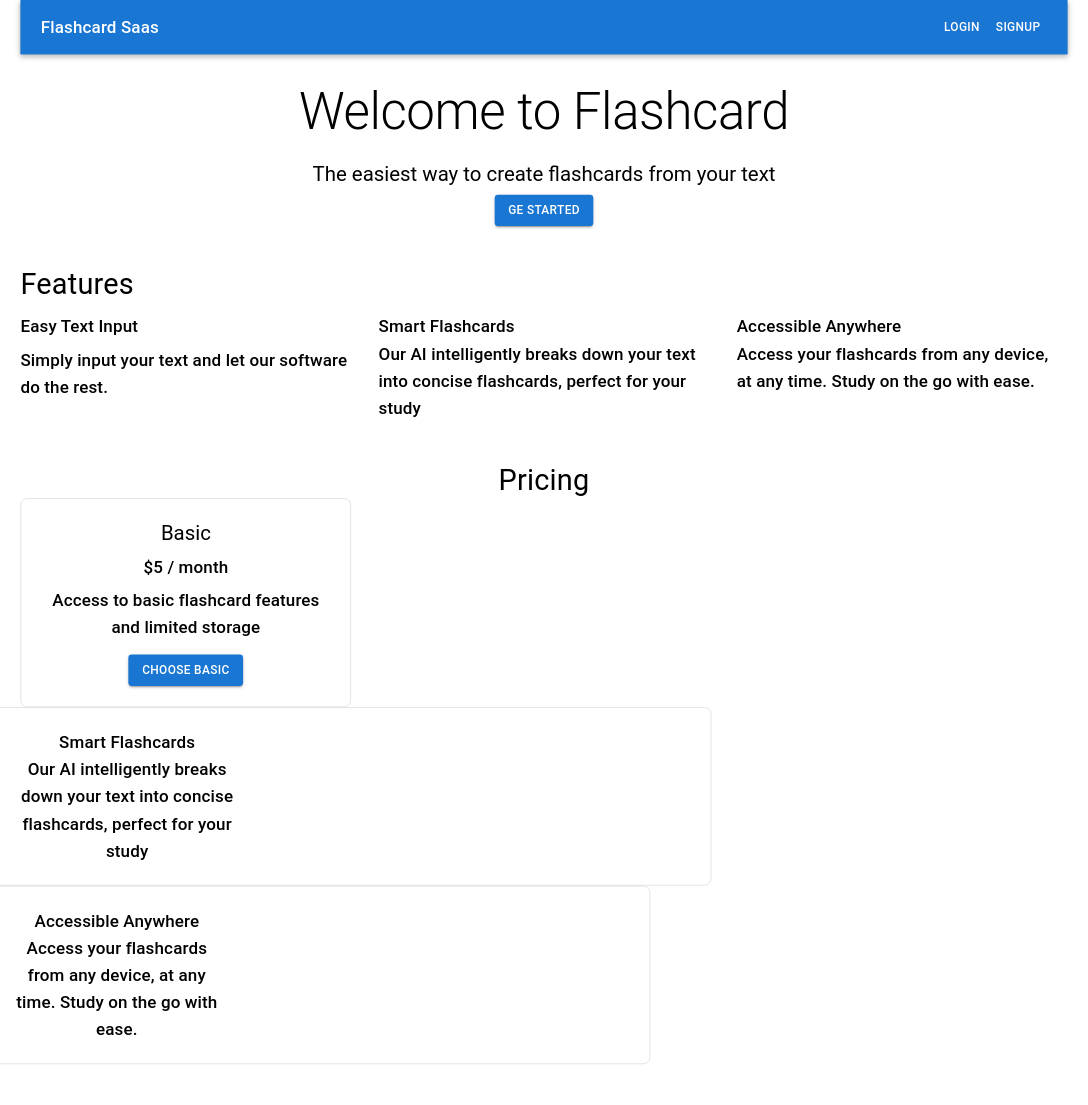
Repository: rakeshpuppala2590/AI-Flashcards-Stripe
Page: /
These files come from the project's save history. The page is drawn as it stood at one moment and after the next save; the edit follows.
The browser window is 1280 px wide. The pictures show the whole page, at 85% of full size.
The page's requests for data from a server got no answer. The project was rebuilt for these pictures with package versions that can differ from the ones it lists, and the page was loaded fresh each time. Some packages were replaced by stand-ins written for this rebuild. The framework's server and built-in components were replaced by stand-ins that run in the browser. No one was signed in, and anything a server would have sent is missing. Also part of the build but not shown: next.config.mjs.

Above is the page before, as saved 2024-08-12 15:12:41.

### src/app/page.js
import getStripe from "../../utils/get-stripe";
import { SignedIn, SignedOut, UserButton } from "@clerk/nextjs";
import Head from "next/head";
import {
  Grid,
  AppBar,
  Button,
  Container,
  Toolbar,
  Typography,
  Box,
} from "@mui/material";

export default function Home() {
  return (
    <Container maxWidth="100vW">
      <Head>
        <title>Flashcard Saas</title>
        <meta
          name="description"
          content="create flashcard from your text"
        ></meta>
      </Head>

      <AppBar position="static">
        <Toolbar>
          <Typography variant="h6" style={{ flexGrow: 1 }}>
            Flashcard Saas
          </Typography>
          <SignedOut>
            <Button color="inherit">Login</Button>
            <Button color="inherit">SignUp</Button>
          </SignedOut>
          <SignedIn>
            <Button>Logout</Button>
          </SignedIn>
        </Toolbar>
      </AppBar>

      <Box
        sx={{
          textAlign: "center",
          my: 4,
        }}
      >
        <Typography variant="h2" gutterBottom>
          Welcome to Flashcard
        </Typography>
        <Typography variant="h5" gutterBottom>
          {" "}
          The easiest way to create flashcards from your text
        </Typography>
        <Button variant="contained" color="primary">
          Ge Started
        </Button>
      </Box>
      <Box sx={{ my: 6 }}>
        <Typography variant="h4" gutterBottom>
          Features
        </Typography>
        <Grid container spacing={4}>
          <Grid item xs={12} md={4}>
            {" "}
            <Typography variant="h6" gutterBottom>
              Easy Text Input
            </Typography>
            <Typography variant="h6"> </Typography>
            <Typography variant="h6">
              Simply input your text and let our software do the rest.
            </Typography>
          </Grid>
          <Grid item xs={12} md={4}>
            {" "}
            <Typography variant="h6">Smart Flashcards</Typography>
            <Typography variant="h6"> </Typography>
            <Typography variant="h6">
              Our AI intelligently breaks down your text into concise
              flashcards, perfect for your study
            </Typography>
          </Grid>
          <Grid item xs={12} md={4}>
            {" "}
            <Typography variant="h6">Accessible Anywhere</Typography>
            <Typography variant="h6"> </Typography>
            <Typography variant="h6">
              Access your flashcards from any device, at any time. Study on the
              go with ease.
            </Typography>
          </Grid>
        </Grid>
      </Box>
      <Box sx={{ my: 6, textAlign: "center" }}>
        <Typography variant="h4">Pricing</Typography>
        <Grid container spacing={4}>
          <Grid item xs={12} md={4}>
            <Box
              sx={{
                p: 3,
                border: "1px solid",
                borderColor: "grey.300",
                borderRadius: 2,
              }}
            >
              <Typography variant="h5" gutterBottom>
                Basic
              </Typography>
              <Typography variant="h6" gutterBottom>
                $5 / month{" "}
              </Typography>
              <Typography variant="h6">
                {" "}
                Access to basic flashcard features and limited storage
              </Typography>
              <Button variant="contained" color="primary" sx={{ mt: 2 }}>
                Choose Basic
              </Button>
            </Box>
          </Grid>
          <Box
            sx={{
              p: 3,
              border: "1px solid",
              borderColor: "grey.300",
              borderRadius: 2,
            }}
          >
            <Grid item xs={12} md={4}>
              {" "}
              <Typography variant="h6">Smart Flashcards</Typography>
              <Typography variant="h6"> </Typography>
              <Typography variant="h6">
                Our AI intelligently breaks down your text into concise
                flashcards, perfect for your study
              </Typography>
            </Grid>
          </Box>
          <Box
            sx={{
              p: 3,
              border: "1px solid",
              borderColor: "grey.300",
              borderRadius: 2,
            }}
          >
            <Grid item xs={12} md={4}>
              {" "}
              <Typography variant="h6">Accessible Anywhere</Typography>
              <Typography variant="h6"> </Typography>
              <Typography variant="h6">
                Access your flashcards from any device, at any time. Study on
                the go with ease.
              </Typography>
            </Grid>
          </Box>
        </Grid>
      </Box>
    </Container>
  );
}

### utils/get-stripe.js
import { loadStripe } from "@stripe/stripe-js";
let stripePromise;
const getStripe = () => {
  if (!stripePromise) {
    stripePromise = loadStripe(process.env.NEXTJS_PUBLIC_STRIPE_PULIC_KEY);
  }
  return stripePromise;
};
export default getStripe;

Loaded but not shown: src/app/layout.js (common file); src/app/globals.css (common file); tailwind.config.js (common file)

After the next save:
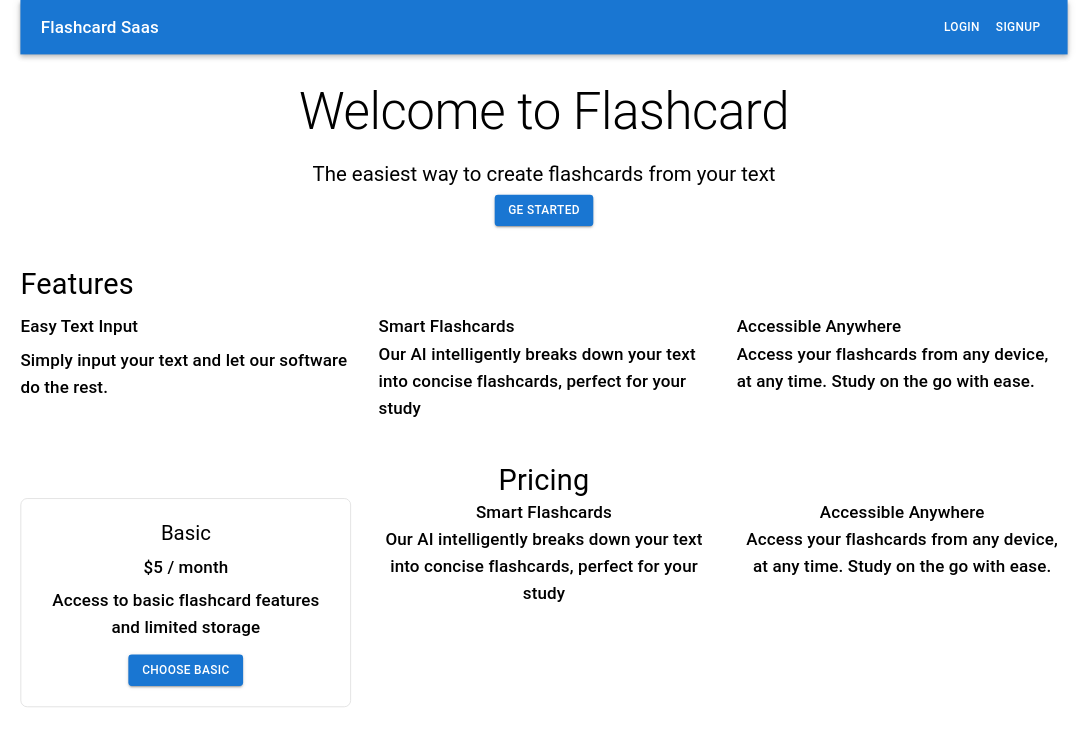
Saved 6 min 23 s later.
--- a/src/app/page.js
+++ b/src/app/page.js
@@ -116,42 +116,26 @@ export default function Home() {
               </Button>
             </Box>
           </Grid>
-          <Box
-            sx={{
-              p: 3,
-              border: "1px solid",
-              borderColor: "grey.300",
-              borderRadius: 2,
-            }}
-          >
-            <Grid item xs={12} md={4}>
-              {" "}
-              <Typography variant="h6">Smart Flashcards</Typography>
-              <Typography variant="h6"> </Typography>
-              <Typography variant="h6">
-                Our AI intelligently breaks down your text into concise
-                flashcards, perfect for your study
-              </Typography>
-            </Grid>
-          </Box>
-          <Box
-            sx={{
-              p: 3,
-              border: "1px solid",
-              borderColor: "grey.300",
-              borderRadius: 2,
-            }}
-          >
-            <Grid item xs={12} md={4}>
-              {" "}
-              <Typography variant="h6">Accessible Anywhere</Typography>
-              <Typography variant="h6"> </Typography>
-              <Typography variant="h6">
-                Access your flashcards from any device, at any time. Study on
-                the go with ease.
-              </Typography>
-            </Grid>
-          </Box>
+
+          <Grid item xs={12} md={4}>
+            {" "}
+            <Typography variant="h6">Smart Flashcards</Typography>
+            <Typography variant="h6"> </Typography>
+            <Typography variant="h6">
+              Our AI intelligently breaks down your text into concise
+              flashcards, perfect for your study
+            </Typography>
+          </Grid>
+
+          <Grid item xs={12} md={4}>
+            {" "}
+            <Typography variant="h6">Accessible Anywhere</Typography>
+            <Typography variant="h6"> </Typography>
+            <Typography variant="h6">
+              Access your flashcards from any device, at any time. Study on the
+              go with ease.
+            </Typography>
+          </Grid>
         </Grid>
       </Box>
     </Container>
